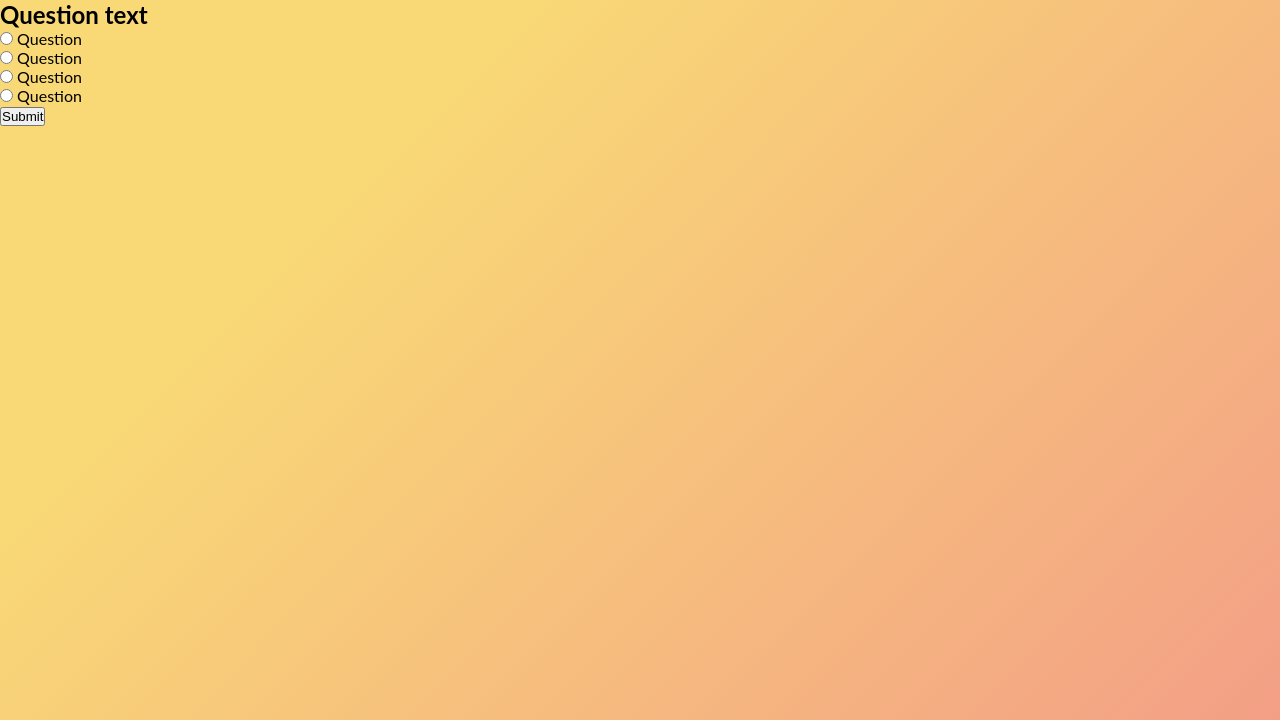
Repository: PratypartyY2K/JavaScript-Projects
Page: Quiz-App/index.html
The author's editor kept a copy of each file at every save. The page is drawn from the files as they stood at one save, then again after the next save.
The browser window is 1280 px wide. The pictures show the whole page.

Above is the page before, as saved 2021-07-04 09:05:06.

### Quiz-App/index.html
<!DOCTYPE html>
<html lang="en">

<head>
    <meta charset="UTF-8">
    <meta http-equiv="X-UA-Compatible" content="IE=edge">
    <meta name="viewport" content="width=device-width, initial-scale=1.0">
    <title>Quiz App</title>
    <link rel="stylesheet" href="styles.css">
    <script src="script.js" defer></script>
</head>

<body>
    <div class="quiz-container" id="quiz">
        <div class="quiz-header">
            <h2 id="question">Question text</h2>
            <ul>
                <li>
                    <input type="radio" id="a" name="answer" class="answer" />
                    <label id="a_text" for="a">Question</label>
                </li>
                <li>
                    <input type="radio" id="b" name="answer" class="answer" />
                    <label id="b_text" for="b">Question</label>
                </li>
                <li>
                    <input type="radio" id="c" name="answer" class="answer" />
                    <label id="c_text" for="c">Question</label>
                </li>
                <li>
                    <input type="radio" id="d" name="answer" class="answer" />
                    <label id="d_text" for="d">Question</label>
                </li>
            </ul>
        </div>
        <button id="submit">Submit</button>
    </div>
</body>
</html>

### Quiz-App/styles.css
* {
    margin: 0;
    padding: 0;
    box-sizing: border-box;
}

body {
    background-color: #f39f86;
    background-image: linear-gradient(315deg, #f39f86 0%, #f9d976 74%);
    min-height: 100vh;
    font-family: "Lato", sans-serif;
}

### Quiz-App/script.js
const quizData = [
  {
    question: "What is 10 + 4?",
    a: "12",
    b: "14",
    c: "16",
    d: "140",
    correct: "c",
  },
  {
    question: "What is 20 - 9?",
    a: "7",
    b: "13",
    c: "11",
    d: "29",
    correct: "c",
  },
  {
    question: "What is 7 x 3?",
    a: "21",
    b: "24",
    c: "25",
    d: "20",
    correct: "a",
  },
  {
    question: "What is 8 / 2?",
    a: "10",
    b: "2",
    c: "4",
    d: "6",
    correct: "c",
  },
  {
    question: "What is 8 ^ 2?",
    a: "8",
    b: "2",
    c: "64",
    d: "16",
    correct: "c",
  },
];

After the next save:
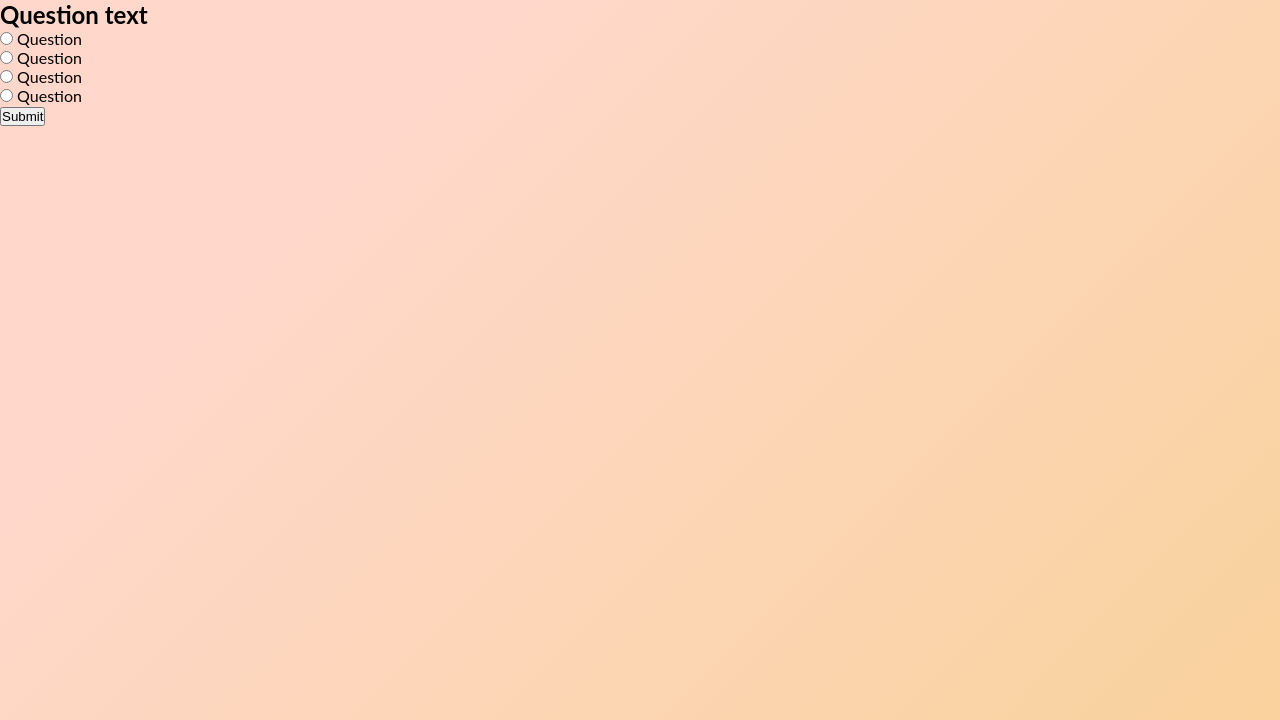
Saved 51 s later.
--- a/Quiz-App/styles.css
+++ b/Quiz-App/styles.css
@@ -5,8 +5,8 @@
 }
 
 body {
-    background-color: #f39f86;
-    background-image: linear-gradient(315deg, #f39f86 0%, #f9d976 74%);
+    background-color: #f9d29d;
+    background-image: linear-gradient(315deg, #f9d29d 0%, #ffd8cb 74%);
     min-height: 100vh;
     font-family: "Lato", sans-serif;
 }
